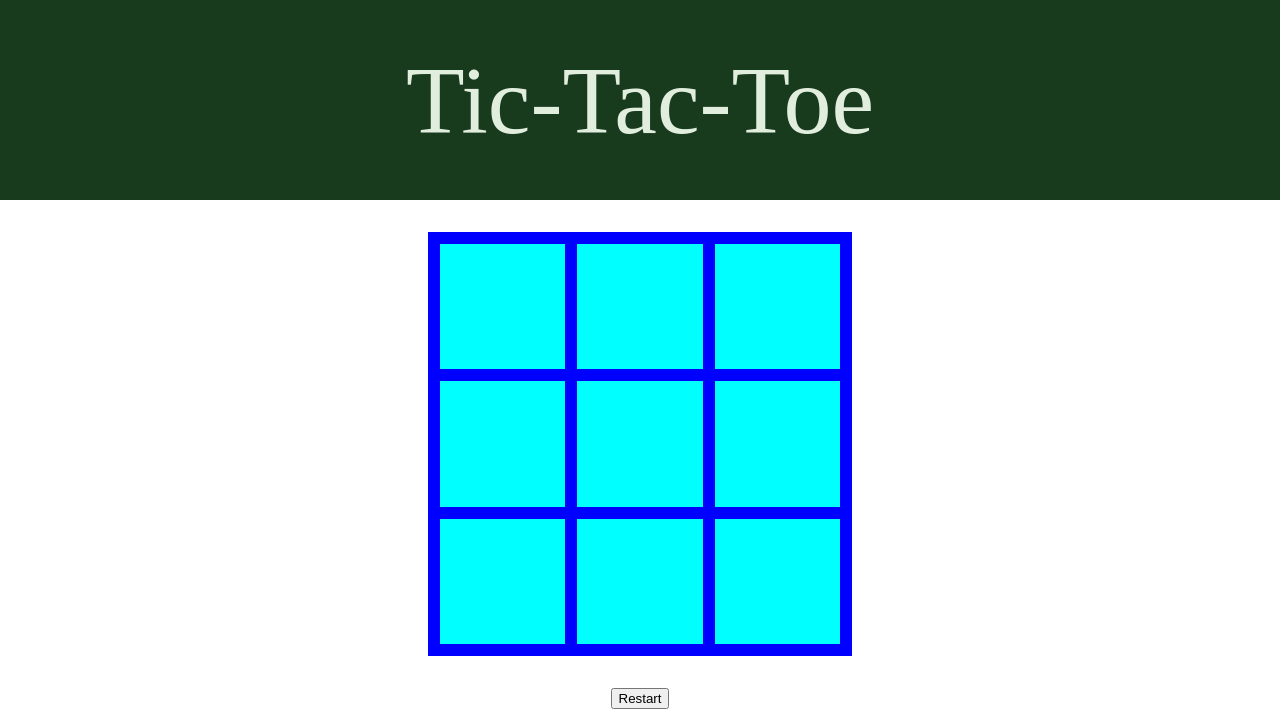
Repository: yeetzpxoci/tic-tac-toe
Page: index.html
These files come from the project's save history. The page is drawn as it stood at one moment and after the next save; the edit follows.
The browser window is 1280 px wide. The pictures show the whole page.

Above is the page before, as saved 2023-02-23 18:41:24.

After the next save:
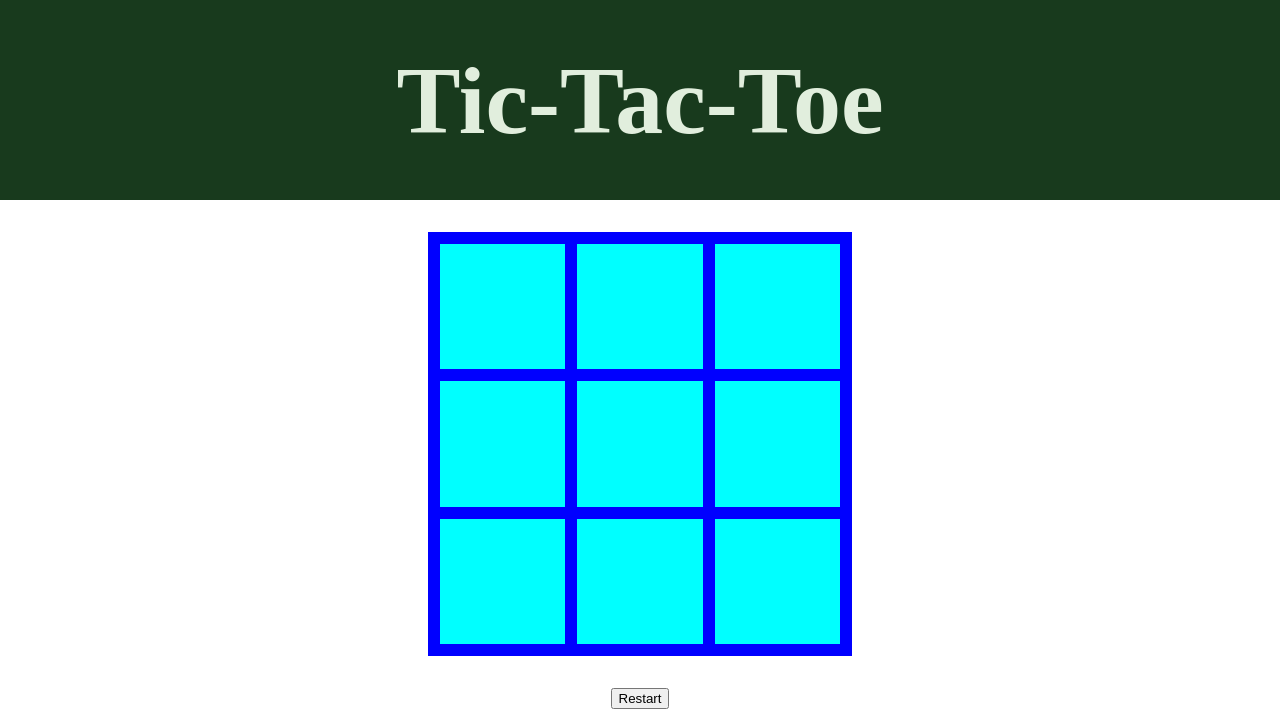
Saved 7 s later.
--- a/styles.css
+++ b/styles.css
@@ -21,6 +21,7 @@ body {
     height: 200px;
     color: #E1EEDD;
     font-size: 96px;
+    font-weight: bold;
 }
 
 .board {
